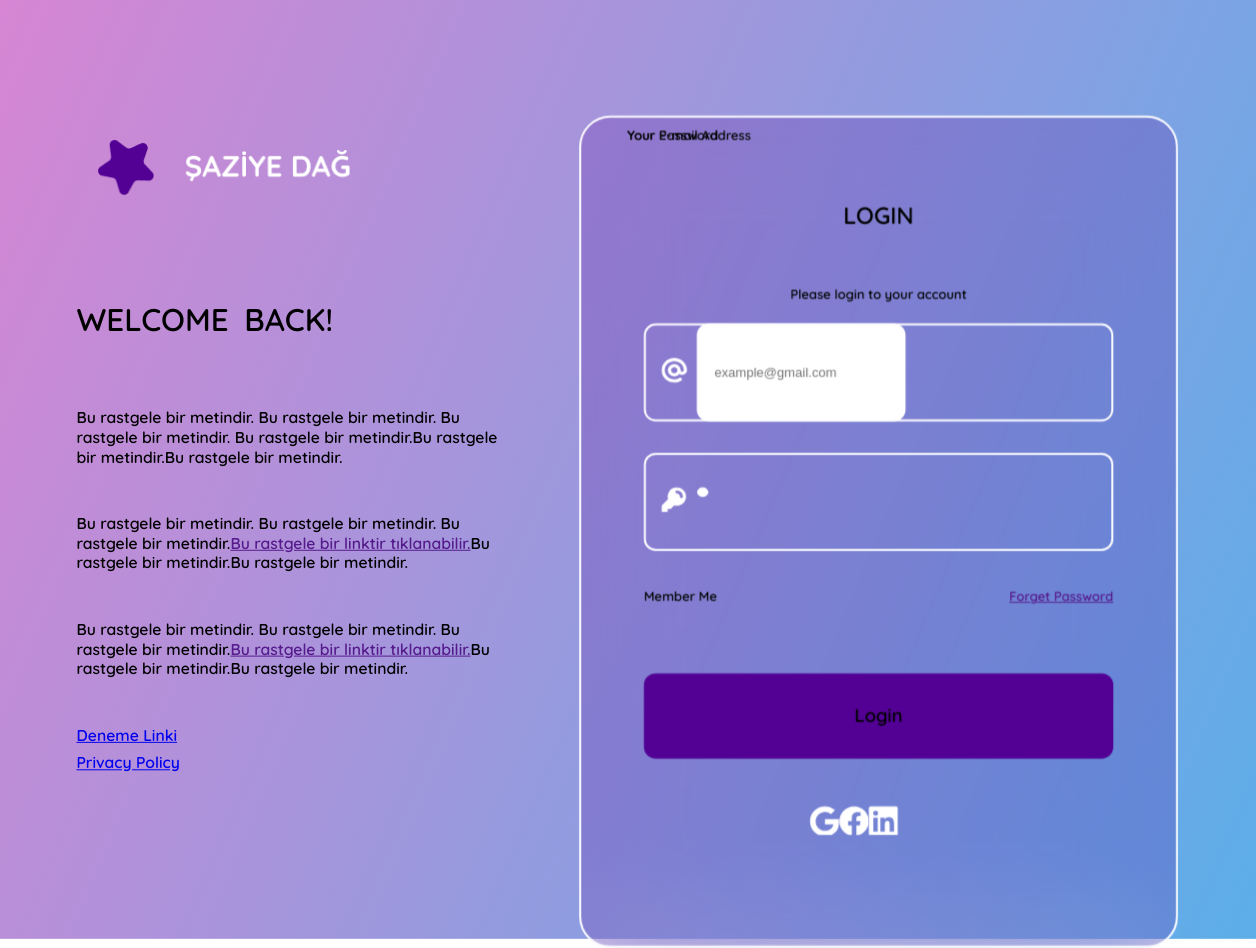
Repository: szydag/login
Page: /
The author's editor kept a copy of each file at every save. The page is drawn from the files as they stood at one save, then again after the next save.
The browser window is 1280 px wide. The page is 1282 px wide, so the pictures cover 1282 px, including what lies to the right of the window. The pictures show the whole page, at 98% of full size.
The project was rebuilt for these pictures with package versions that can differ from the ones it lists, and the page was loaded fresh each time. Also part of the build but not shown: src/assets/svgr/unhiddenIcon/index.js.

Above is the page before, as saved 2023-10-29 20:21:27.

### src/index.js
import React from 'react';
import ReactDOM from 'react-dom/client';
import App from './app/index';
import {
    BrowserRouter
} from "react-router-dom";

const root = ReactDOM.createRoot(document.getElementById('root'));
root.render(
    <BrowserRouter>
        <App />
    </BrowserRouter>
);

### src/app/index.js
import LoginPage from "./pages/login";
import useStyles from "./style";

const App = () => {
    const classes = useStyles();
    return <div
        className={classes.main}
    >
        <LoginPage />
    </div>

};

export default App;

### src/app/pages/login/index.js
import React, { useEffect } from 'react'
import useStyles from './style';
import logo from './../../../assets/logo.png'
import MailIcon from './../../../assets/svgr/mailIcon/index.js'
import PasswordIcon from './../../../assets/svgr/passwordIcon/index.js'
import HiddenIcon from './../../../assets/svgr/hiddenIcon/index.js'
import UnhiddenIcon from './../../../assets/svgr/unhiddenIcon/index.js'
import GoogleIcon from './../../../assets/svgr/googleIcon/index.js'
import FacebookIcon from './../../../assets/svgr/facebookIcon/index.js'
import LinkedInIcon from './../../../assets/svgr/linkedInIcon/index.js'
const LoginPage = () => {

    const classes = useStyles();
    return <div
        className={classes.loginPage}
    >
        <div
            className={classes.promotionTexts}
        >
            <div
                className={classes.logo}
            >
                <img
                    src={logo}
                    alt=""
                />
            </div>
            <div
                className={classes.mainContent}
            >
                <div
                    className={classes.title}
                >
                    <h1>WELCOME</h1>
                    <h1>BACK!</h1>
                </div>
                <div
                    className={classes.contentText}
                >
                    <p>
                        Bu rastgele bir metindir. Bu rastgele bir metindir. Bu rastgele bir metindir. Bu rastgele bir metindir.Bu rastgele bir metindir.Bu rastgele bir metindir.
                    </p>
                    <p>
                        Bu rastgele bir metindir. Bu rastgele bir metindir. Bu rastgele bir metindir.
                        <a
                            href=""
                        >
                            Bu rastgele bir linktir tıklanabilir.
                        </a>
                        Bu rastgele bir metindir.Bu rastgele bir metindir.
                    </p>
                    <p>
                        Bu rastgele bir metindir. Bu rastgele bir metindir. Bu rastgele bir metindir.
                        <a
                            href=""
                        >
                            Bu rastgele bir linktir tıklanabilir.
                        </a>
                        Bu rastgele bir metindir.Bu rastgele bir metindir.
                    </p>
                </div>
                <div
                    className={classes.links}
                >
                    <a
                        href="

                    ">
                        Deneme Linki
                    </a>
                    <a
                        href="

                    ">
                        Privacy Policy
                    </a>
                </div>

            </div>
        </div>
        <div
            className={classes.loginArea}
        >
            <div
                className={classes.header}
            >
                <h2>LOGIN</h2>
                <h5>Please login to your account</h5>
            </div>
            <div
                className={classes.container}
            >
                <div
                    className={classes.loginMainContent}
                >
                    <div
                        className={classes.inputArea}
                    >
                        <div
                            className={classes.mailInput}
                        >

                            <div
                                className={classes.content}
                            >
                                <div
                                    className={classes.inputTitle}
                                >
                                    <h5>Your E-mail  Address</h5>
                                </div>
                                <MailIcon
                                    color='#ffffff'
                                    size={30}
                                />
                                <input
                                    className={classes.mailInput}
                                    type="text"
                                    placeholder='example@gmail.com'
                                />
                            </div>
                        </div>
                        <div
                            className={classes.passwordInput}
                        >
                            <div
                                className={classes.content}
                            >
                                <div
                                    className={classes.inputTitle}
                                >
                                    <h5>Your Password</h5>
                                </div>
                                <PasswordIcon
                                    color='#ffffff'
                                    size={30}
                                />
                                <HiddenIcon
                                    color='#ffffff'
                                    size={30}
                                />
                            </div>


                        </div>
                    </div>
                    <div
                        className={classes.passwordSettingsArea}
                    >
                        <div
                            className={classes.memberMeArea}
                        >
                            <h5>Member Me</h5>
                        </div>
                        <h5>
                            <a href="">
                                Forget Password
                            </a>
                        </h5>
                    </div>
                </div>
                <div
                    className={classes.loginButton}
                >
                    <h3>Login</h3>
                </div>
            </div>
            <div
                className={classes.accountSettings}
            >
                <div
                    className={classes.accountSettingsTitle}
                >

                </div>
                <div
                    className={classes.socialMediaIcons}
                >
                    <GoogleIcon
                        color='#ffffff'
                        size={30}
                    >
                    </GoogleIcon>
                    <FacebookIcon
                        color='#ffffff'
                        size={30}
                    >
                    </FacebookIcon>
                    <LinkedInIcon
                        color='#ffffff'
                        size={30}
                    >
                    </LinkedInIcon>
                </div>
                <div
                    className={classes.newAccountArea}
                >

                </div>
            </div>
        </div>
    </div>
}

export default LoginPage;

### src/app/style.js
import { createUseStyles } from "react-jss";

const useStyles = createUseStyles({
    "@font-face": [
        {
            fontFamily: "Quicksand-Bold",
            src: 'url("/public/assets/fonts/Quicksand-Bold.ttf")',
            fontStyle: "normal"
        },
        {
            fontFamily: "Quicksand-Light",
            src: 'url("/public/assets/fonts/Quicksand-Light.ttf")',
            fontStyle: "normal"
        },
        {
            fontFamily: "Quicksand-Medium",
            src: 'url("/public/assets/fonts/Quicksand-Medium.ttf")',
            fontStyle: "normal"
        },
        {
            fontFamily: "Quicksand-Regular",
            src: 'url("/public/assets/fonts/Quicksand-Regular.ttf")',
            fontStyle: "normal"
        },
        {
            fontFamily: "Quicksand-SemiBold",
            src: 'url("/public/assets/fonts/Quicksand-SemiBold.ttf")',
            fontStyle: "normal"
        }
    ],
    main: {
        fontFamily: "Quicksand-SemiBold",
        width: '100%',
        height: '100%',
    },
})
export default useStyles;

### src/app/pages/login/style.js

import { createUseStyles } from "react-jss";

const useStyles = createUseStyles({
    "@font-face": [
        {
            fontFamily: "Quicksand-Bold",
            src: 'url("/public/assets/fonts/Quicksand-Bold.ttf")',
            fontStyle: "normal"
        },
        {
            fontFamily: "Quicksand-Light",
            src: 'url("/public/assets/fonts/Quicksand-Light.ttf")',
            fontStyle: "normal"
        },
        {
            fontFamily: "Quicksand-Medium",
            src: 'url("/public/assets/fonts/Quicksand-Medium.ttf")',
            fontStyle: "normal"
        },
        {
            fontFamily: "Quicksand-Regular",
            src: 'url("/public/assets/fonts/Quicksand-Regular.ttf")',
            fontStyle: "normal"
        },
        {
            fontFamily: "Quicksand-SemiBold",
            src: 'url("/public/assets/fonts/Quicksand-SemiBold.ttf")',
            fontStyle: "normal"
        }
    ],
    h1: {
        fontFamily: 'Quicksand-SemiBold',
    },
    loginPage: {
        margin:"-10px",
        height: '100vh',
        display: 'flex',
        padding: '120px 80px',
        alignItems: 'flex-start',
        gap: '80px',
        background: 'linear-gradient(113deg, #B9A675 0%, #D685D3 0%, #5CAEE9 100%)',
    },
    promotionTexts: {
        width: '50%',
        display: 'flex',
        flexDirection: 'column',
        alignItems: 'flex-start',
        gap: '64px',
    },
    logo: {
        display: 'flex',
        alignItems: 'center',
        gap: '8px',
    },
    mainContent: {
        display: 'flex',
        flexDirection: 'column',
        justifyContent: ' center',
        alignItems: 'flex-start',
        gap: '32px',
    },
    title: {
        display: 'flex',
        alignItems: 'flex-start',
        gap: '16px',
    },
    contentText: {
        display: 'flex',
        flexDirection: 'column',
        alignItems: 'flex - start',
        gap: '16px',
    },
    links: {
        display: 'flex',
        flexDirection: 'column',
        alignItems: 'flex-start',
        gap: '8px',
    },
    loginArea: {
        width: '50%',
        display: 'flex',
        padding: '64px',
        flexDirection: 'column',
        justifyContent: 'center',
        alignItems: 'center',
        borderRadius: '32px',
        border: '2px solid #FFF',
        background: 'rgba(83, 0, 148, 0.20)',
        backdropFilter: 'blur(45px)',
    },
    header: {
        display: 'flex',
        flexDirection: 'column',
        alignItems: 'center',
        gap: '16px',
    },
    container: {
        display: 'flex',
        flexDirection: 'column',
        alignItems: 'flex-start',
        gap: '48px',
        alignSelf: 'stretch',
    },
    loginMainContent: {
        display: 'flex',
        flexDirection: 'column',
        justifyContent: 'center',
        alignItems: 'center',
        gap: '16px',
        alignSelf: 'stretch',
    },
    inputArea: {
        display: 'flex',
        flexDirection: 'column',
        alignItems: 'flex-start',
        gap: '32px',
        alignSelf: 'stretch',
    },
    mailInput: {
        display: 'flex',
        height: '64px',
        padding: '16px',
        flexDirection: 'column',
        justifyContent: 'center',
        alignItems: 'flex-start',
        gap: '437px',
        alignSelf: 'stretch',
        borderRadius: '12px',
        border: '2px solid #FFF',
    },
    content: {
        display: 'flex',
        justifyContent: 'center',
        alignItems: 'center',
        gap: '6px',
    },
    inputTitle: {
        display: 'flex',
        padding: '0px 10px',
        alignItems: 'center',
        gap: '10px',
        position: 'absolute',
        left: '37px',
        top: '-12px',
    },
    passwordInput: {
        display: 'flex',
        height: '64px',
        padding: '16px',
        justifyContent: 'space-between',
        alignItems: 'center',
        alignSelf: 'stretch',
        borderRadius: '12px',
        border: '2px solid #FFF',
    },
    passwordSettingsArea: {
        display: 'flex',
        justifyContent: 'space-between',
        alignItems: 'flex-start',
        alignSelf: 'stretch',
    },
    memberMeArea: {
        display: 'flex',
        alignItems: 'center',
        gap: '16px',
    },
    loginButton: {
        display: 'flex',
        padding: '13px 215px',
        justifyContent: 'center',
        alignItems: 'center',
        gap: '10px',
        alignSelf: 'stretch',
        borderRadius: '12px',
        background: '#530094',
    },
    accountSettings: {
        display: 'flex',
        flexDirection: 'column',
        alignItems: 'center',
        gap: '48px',
    },
    accountSettingsTitle: {
        display: 'flex',
        justifyContent: 'center',
        alignItems: 'center',
        gap: '8px',
    },
    socialMediaIcons: {
        width: '140px',
        height: '31.492px',
    },
    newAccountArea: {
        display: 'flex',
        justifyContent: 'center',
        alignItems: 'flex-start',
        gap: '16px',
    },
})
export default useStyles;

### src/assets/svgr/mailIcon/index.js
import * as React from "react"
const MailIcon = ({
    color = "#ffffff",
    size = 30,
    ...props
}) => {
    const pathScale = 30 / size;
    return <svg
        xmlns="http://www.w3.org/2000/svg"
        width={size}
        height={size}
        fill="none"
        {...props}
    >
        <path
            fill={color}
            transform={`scale(${1 / 1})`}
            d="M19.894 6.125c-3.807-3.661-9.98-3.661-13.788 0s-3.808 9.597 0 13.258c3.31 3.183 8.41 3.6 12.187 1.248.753-.47 1.759-.263 2.247.461.488.725.273 1.692-.48 2.161-5.038 3.138-11.837 2.586-16.252-1.66-5.077-4.881-5.077-12.796 0-17.678 5.076-4.881 13.308-4.881 18.384 0C24.73 6.355 26 9.558 26 12.755c0 2.588-2.183 4.687-4.875 4.687a4.982 4.982 0 0 1-2.925-.937c-1.186 1.517-3.074 2.5-5.2 2.5-3.59 0-6.5-2.799-6.5-6.25 0-3.453 2.91-6.25 6.5-6.25s6.5 2.797 6.5 6.25c0 .862.727 1.562 1.625 1.562s1.625-.7 1.625-1.563c0-2.402-.952-4.798-2.856-6.629Zm-3.644 6.63c0-1.727-1.455-3.126-3.25-3.126s-3.25 1.4-3.25 3.125c0 1.726 1.455 3.125 3.25 3.125s3.25-1.399 3.25-3.125Z"
        />
    </svg>
}
export default MailIcon

### src/assets/svgr/passwordIcon/index.js
import * as React from "react"
const PasswordIcon = ({
    color = "#ffffff",
    size = 30,
    ...props
}) => {
    const pathScale = 30 / size;
    return <svg
        xmlns="http://www.w3.org/2000/svg"
        width={size}
        height={size}
        fill="none"
        {...props}
    >
        <path
            fill={color}
            transform={`scale(${1 / 1})`}
            d="M25 9.63a9.375 9.375 0 0 1-12.098 8.972L9.375 22.13H6.25v3.125H0v-6.25l6.652-6.652A9.375 9.375 0 1 1 25 9.63Zm-9.375-6.25a1.563 1.563 0 0 0 0 3.124c1.726 0 3.125 1.4 3.125 3.125a1.563 1.563 0 0 0 3.125 0 6.25 6.25 0 0 0-6.25-6.25Z"
        />
    </svg>
}
export default PasswordIcon

### src/assets/svgr/hiddenIcon/index.js
import * as React from "react"
const HiddenIcon = ({
    color = "#ffffff",
    size = 30,
    ...props
}) => {
    const pathScale = 30 / size;
    return <svg
        xmlns="http://www.w3.org/2000/svg"
        width={size}
        height={size}
        fill="none"
        {...props}
    >
        <path
            fill={color}
            transform={`scale(${1 / 1})`}
            d="M0 5.03C.801 2.115 3.185 0 6 0s5.199 2.115 6 5.03c-.801 2.915-3.185 5.03-6 5.03S.801 7.945 0 5.03Zm8.515 0C8.515 6.617 7.39 7.904 6 7.904c-1.39 0-2.515-1.287-2.515-2.874C3.485 3.443 4.61 2.156 6 2.156c1.39 0 2.515 1.287 2.515 2.874Z"
        />
    </svg>
}
export default HiddenIcon

### src/assets/svgr/googleIcon/index.js
import * as React from "react"
const GoogleIcon = ({
    color = "#ffffff",
    size = 30,
    ...props
}) => {
    const pathScale = 30 / size;
    return <svg
        xmlns="http://www.w3.org/2000/svg"
        width={size}
        height={size}
        fill="none"
        {...props}
    >
        <path
            fill={color}
            transform={`scale(${1 / 1})`}
            d="M30.5 16.357c0 8.698-5.957 14.889-14.754 14.889A15.228 15.228 0 0 1 .5 16 15.228 15.228 0 0 1 15.746.754c4.106 0 7.561 1.506 10.223 3.99l-4.15 3.99C16.392 3.496 6.298 7.43 6.298 16c0 5.318 4.248 9.627 9.449 9.627 6.037 0 8.3-4.328 8.656-6.572h-8.656v-5.243H30.26c.142.78.24 1.53.24 2.545Z"
        />
    </svg>
}
export default GoogleIcon

### src/assets/svgr/facebookIcon/index.js
import * as React from "react"
const FacebookIcon = ({
    color = "#ffffff",
    size = 30,
    ...props
}) => {
    const pathScale = 30 / size;
    return <svg
        xmlns="http://www.w3.org/2000/svg"
        width={size}
        height={size}
        fill="none"
        {...props}
    >
        <path
            fill={color}
            transform={`scale(${1 / 1})`}
            d="M30.5 15.754c0-8.286-6.714-15-15-15s-15 6.714-15 15c0 7.487 5.485 13.692 12.656 14.819V20.09h-3.81v-4.336h3.81V12.45c0-3.759 2.238-5.835 5.666-5.835 1.641 0 3.358.293 3.358.293v3.689h-1.892c-1.863 0-2.444 1.156-2.444 2.343v2.815h4.16l-.666 4.336h-3.494v10.483C25.014 29.446 30.5 23.24 30.5 15.754Z"
        />
    </svg>
}
export default FacebookIcon

### src/assets/svgr/linkedInIcon/index.js
import * as React from "react"
const LinkedInIcon = ({
    color = "#ffffff",
    size = 30,
    ...props
}) => {
    const pathScale = 30 / size;
    return <svg
        xmlns="http://www.w3.org/2000/svg"
        width={size}
        height={size}
        fill="none"
        {...props}
    >
        <path
            fill={color}
            transform={`scale(${1 / 1})`}
            d="M28.357.754H2.637C1.456.754.5 1.725.5 2.917v25.674c0 1.192.958 2.163 2.136 2.163h25.721c1.179 0 2.143-.97 2.143-2.163V2.917c0-1.192-.964-2.163-2.143-2.163ZM9.567 26.468H5.121V12.151h4.453v14.317h-.007ZM7.344 10.196a2.58 2.58 0 0 1 0-5.156 2.584 2.584 0 0 1 2.578 2.578 2.575 2.575 0 0 1-2.578 2.578Zm18.89 16.272h-4.446v-6.964c0-1.66-.034-3.797-2.31-3.797-2.317 0-2.672 1.808-2.672 3.677v7.084h-4.447V12.151h4.266v1.956h.06c.596-1.125 2.05-2.31 4.212-2.31 4.5 0 5.337 2.966 5.337 6.823v7.848Z"
        />
    </svg>
}
export default LinkedInIcon

Loaded but not shown: public/index.html (common file)

After the next save:
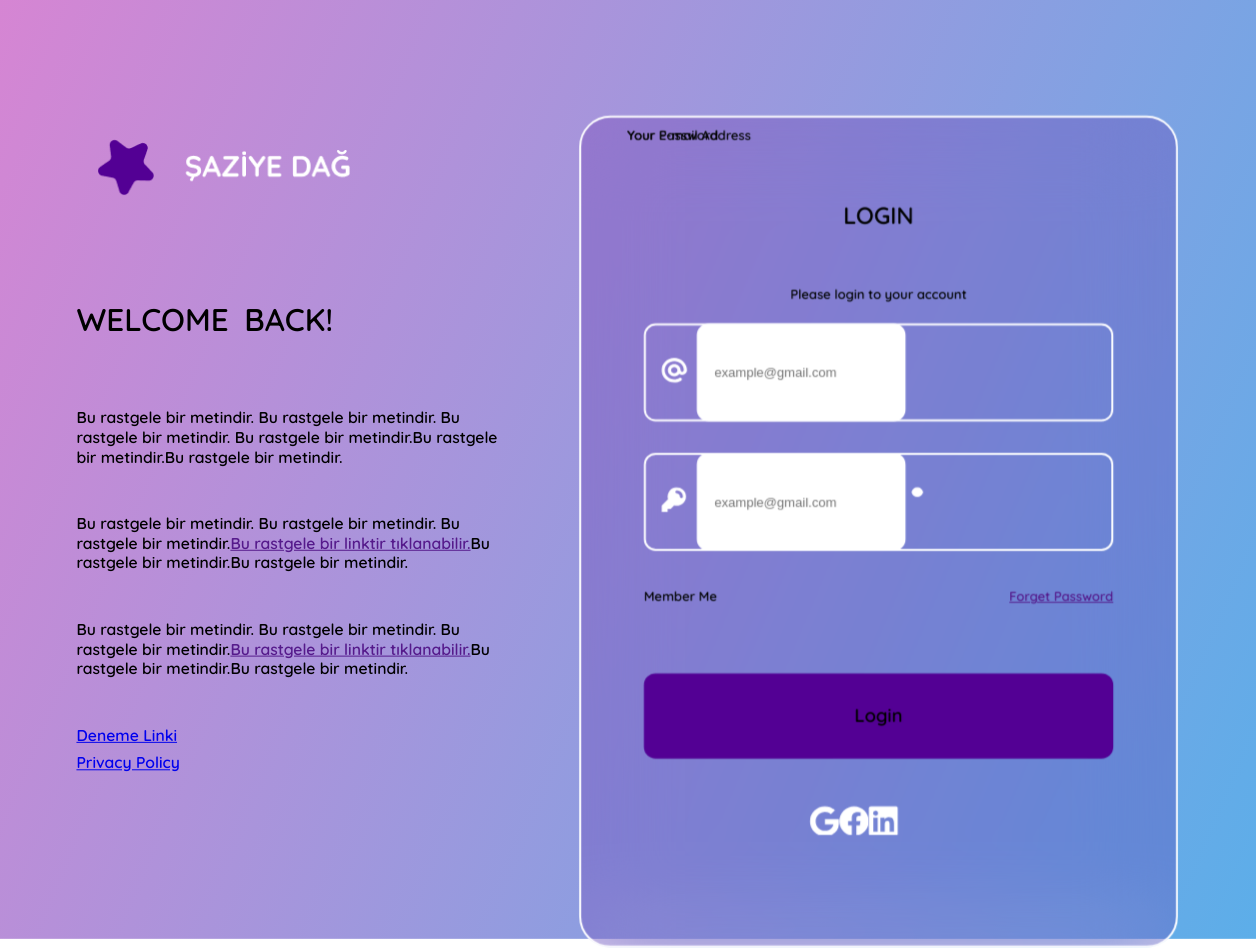
Saved 61 s later.
--- a/src/app/pages/login/index.js
+++ b/src/app/pages/login/index.js
@@ -134,6 +134,11 @@ const LoginPage = () => {
                                     color='#ffffff'
                                     size={30}
                                 />
+                                <input
+                                    className={classes.mailInput}
+                                    type="text"
+                                    placeholder='example@gmail.com'
+                                />
                                 <HiddenIcon
                                     color='#ffffff'
                                     size={30}
